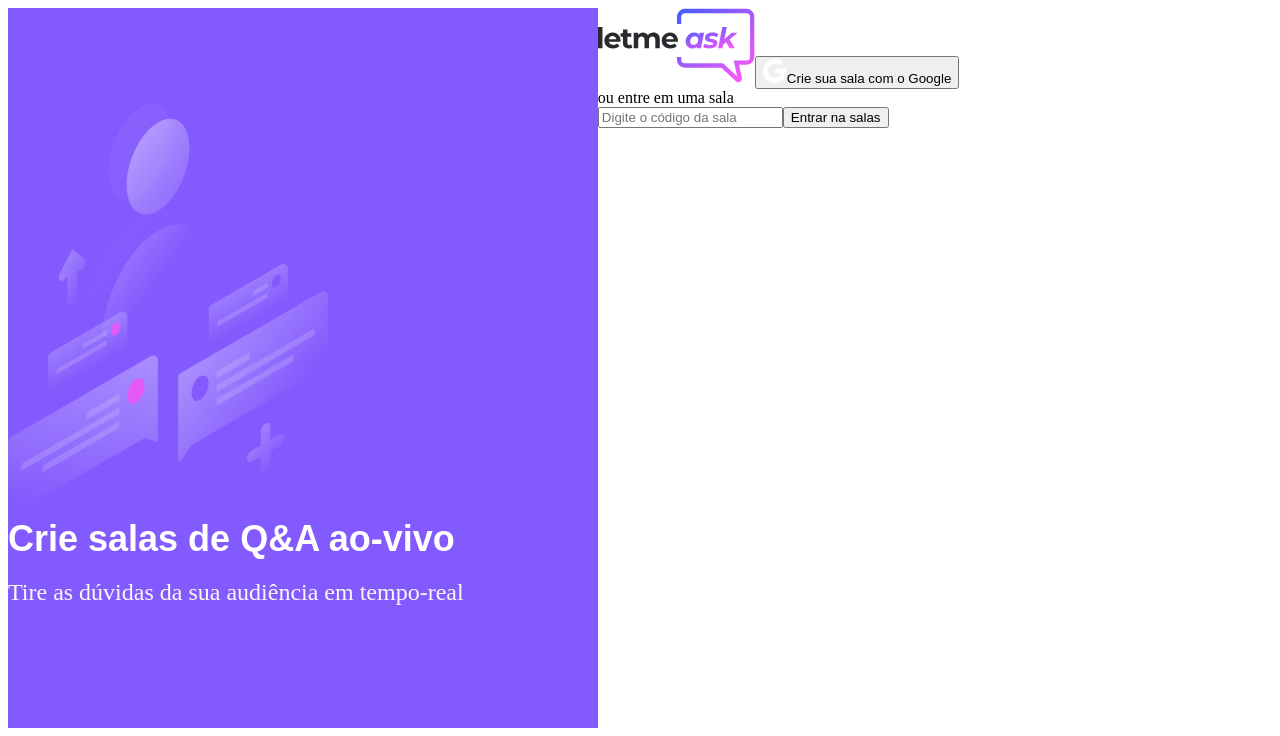
Repository: wiltongustavo/letmeask-web
Page: /
The author's editor kept a copy of each file at every save. The page is drawn from the files as they stood at one save, then again after the next save.
The browser window is 1280 px wide. The pictures show the whole page.
The project was rebuilt for these pictures with package versions that can differ from the ones it lists, and the page was loaded fresh each time.

Above is the page before, as saved 2021-06-22 15:14:21.

### public/index.html
<!DOCTYPE html>
<html lang="en">
  <head>
    <meta charset="utf-8" />
    <meta name="viewport" content="width=device-width, initial-scale=1" />
    <link rel="preconnect" href="https://fonts.googleapis.com">
    <link rel="preconnect" href="https://fonts.gstatic.com" crossorigin>
    <link href="https://fonts.googleapis.com/css2?family=Poppins:wght@400;700&family=Roboto:wght@400;500&display=swap" rel="stylesheet">
    <title>Leatmeask</title>
  </head>
  <body>
    <noscript>You need to enable JavaScript to run this app.</noscript>
    <div id="root"></div>

  </body>
</html>

### src/App.tsx
import {Home} from "./pages/Home"

function App() {
  return (
    <Home />
  );
}

export default App;

### src/services/firebase.ts
import firebase from "firebase/app";
import 'firebase/auth';
import 'firebase/database';


const firebaseConfig = {
    apiKey: process.env.REACT_APP_API_KEY,
    authDomain: process.env.REACT_APP_AUTH_DOMAIN,
    databaseURL: process.env.REACT_APP_DATABASE_URL,
    projectId: process.env.REACT_APP_PROJECT_ID,
    storageBucket: process.env.REACT_APP_STORAGE_BUCKET,
    messagingSenderId: process.env.REACT_APP_MESSAGING_SENDER_ID,
    appId: process.env.REACT_APP_APP_ID
  };

firebase.initializeApp(firebaseConfig);


export const auth = firebase.auth();
export const database = firebase.database();

### src/pages/Home.tsx
import illustrationImg from '../assets/images/illustration.svg';
import logoImg from '../assets/images/logo.svg';
import googleIconImg from '../assets/images/google-icon.svg';

import '../styles/auth.scss';


export function Home(){
    return(
        <div id="page-auth">
            <aside>
                <img src={illustrationImg} alt="Ilustração simbolizando perguntas e respostas" />
                <strong>Crie salas de Q&amp;A ao-vivo</strong>
                <p>Tire as dúvidas da sua audiência em tempo-real</p>
            </aside>
            <main>
                <div>
                    <img src={logoImg} alt="Letmeask" />
                    <button>
                        <img src={googleIconImg} alt="Logo do google" />
                        Crie sua sala com o Google
                    </button>
                    <div> ou entre em uma sala</div>
                    <form >
                        <input
                         type="text"
                         placeholder="Digite o código da sala"
                        />
                        <button>
                            Entrar na salas
                        </button>
                    </form>
                </div>
            </main>
        </div>
    )
}

### src/styles/auth.scss
#page-auth{
    display: flex;
    align-items: stretch;
    height: 100vh;


    aside{
        flex: 7;
        background:  #835afd;
        color: #fff;

        display: flex;
        flex-direction: column;
        justify-content: center;

        padding: 120p 80px;

        img{
            max-width: 320px;
        }
        strong{
            font: 700 36px 'Poppings', sans-serif;
            line-height: 42px;
            margin-top: 16ppx;
        }
        p{
            font-size: 24px;
            line-height: 32px;
            margin-top: 16px;
            color: #f8f8f8;
        }

    }

    main{
        flex:8;
    }
}

Loaded but not shown: src/index.tsx (common file)

After the next save:
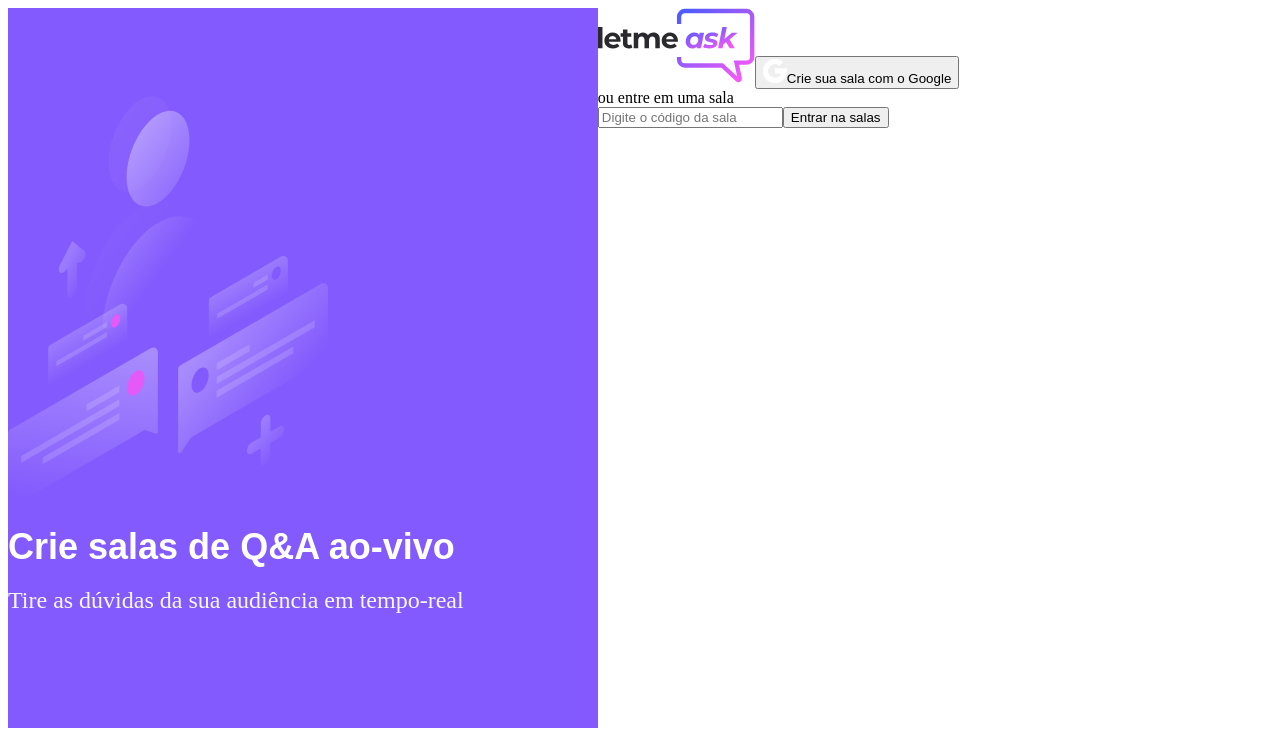
Saved 2 min 51 s later.
--- a/src/styles/auth.scss
+++ b/src/styles/auth.scss
@@ -21,7 +21,7 @@
         strong{
             font: 700 36px 'Poppings', sans-serif;
             line-height: 42px;
-            margin-top: 16ppx;
+            margin-top: 16px;
         }
         p{
             font-size: 24px;
